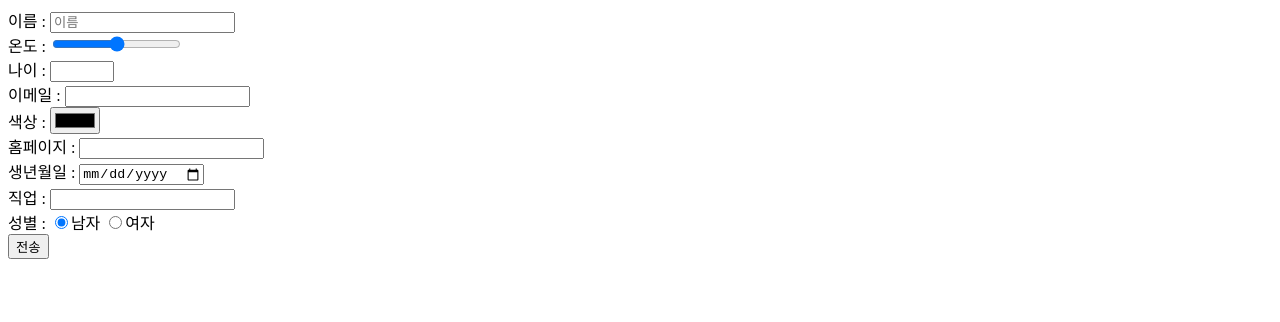
Repository: doridorijamjam2/JSP-Servlet
Page: Day_01/src/main/webapp/formPost.html
These files come from the project's save history. The page is drawn as it stood at one moment and after the next save; the edit follows.
The browser window is 1280 px wide. The pictures show the whole page.

Above is the page before, as saved 2021-10-19 04:16:27.

After the next save:
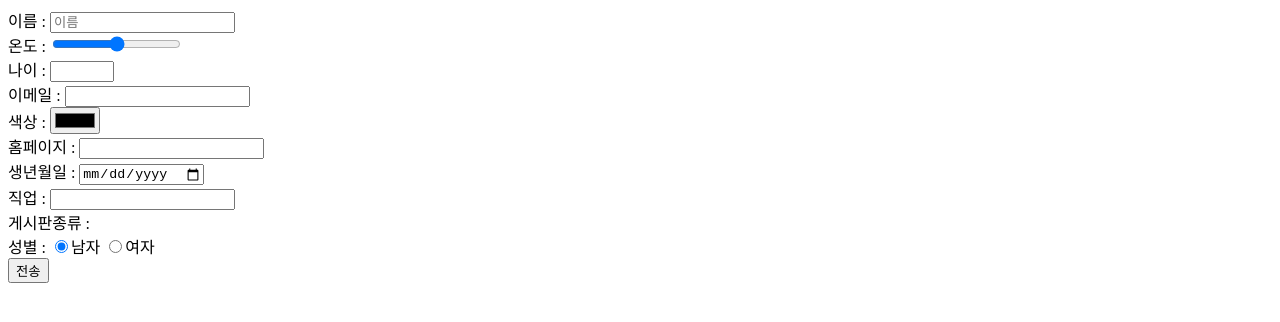
Saved 41 s later.
--- a/Day_01/src/main/webapp/formPost.html
+++ b/Day_01/src/main/webapp/formPost.html
@@ -25,6 +25,8 @@
 		<input type = "date" name = "birthday" id = "birthday" ><br>
 		<lable for = "job"> 직업 : </lable>
 		<input type = "text" name = "job" id = "job" list = "jobList" ><br>
+		<lable for = "boardType"> 게시판종류 : </lable>
+		<input type = "hidden" name = "boardType" id = "boardType" value ="1" ><br>
 		<datalist id = "jobList">
 		    <option>교수</option>
 		    <option>가수</option>
